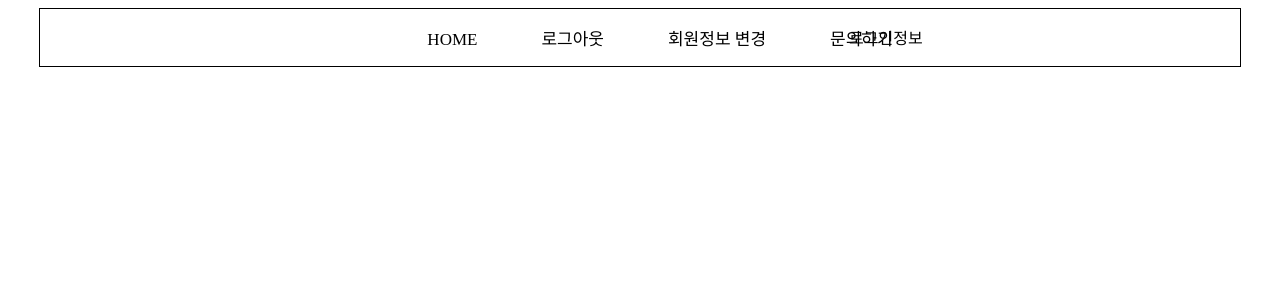
Repository: ceooyh/JSP
Page: http://localhost/memberProject/template/header2.jsp
An editor plug-in stored every save of this project. The page is shown before and after the next save, followed by the edit.
The browser window is 1280 px wide. The pictures show the whole page.
The page is served by Tomcat 9. Other server files are loaded and not shown.

Above is the page before, as saved 2020-12-30 07:51:30.

### memberProject/WebContent/template/header2.jsp
<%@ page language="java" contentType="text/html; charset=UTF-8"
    pageEncoding="UTF-8"%>
<style>
	nav {
		width:1200px;
		margin:0 auto;/* 가운데 정렬  */
		border:1px solid black;
		text-align: center;
	}
	ul{
		list-style-type: none;
		height: auto;
		display: inline-block;
		position: relative;
	}
	li{
		display: inline-block;
	}
	#menu_bar a:link,#menu_bar a:visited {
		color:black;
		text-decoration: none;
		font-size: 17px;
		text-align: center;
		padding: 20px 30px;
	}
	ul>li:last-child {
		position: absolute;
		right: 0px;
	}
</style>
<nav id="menu_bar">
	<ul>
		<li><a href="main.jsp">HOME</a></li>
		<li><a href="logout.jsp">로그아웃</a></li>
		<li><a href="#">회원정보 변경</a></li>
		<li><a href="#">문의하기</a></li>
		<li>로그인정보</li>
	</ul>
</nav>

After the next save:
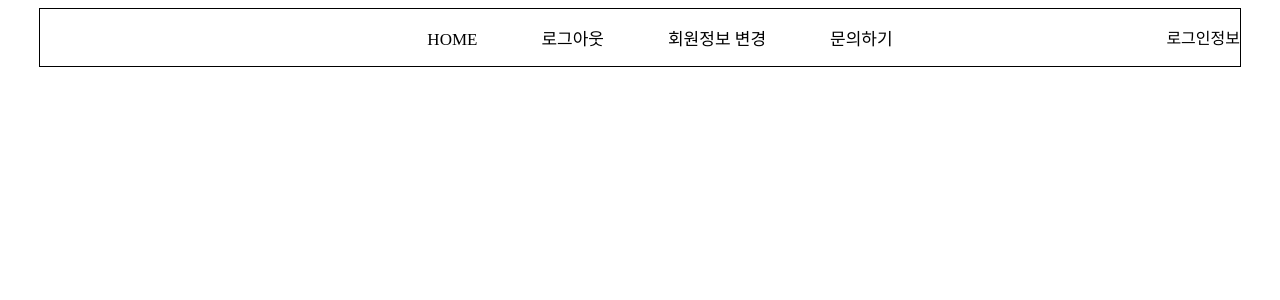
Saved 13 s later.
--- a/memberProject/WebContent/template/header2.jsp
+++ b/memberProject/WebContent/template/header2.jsp
@@ -6,12 +6,12 @@
 		margin:0 auto;/* 가운데 정렬  */
 		border:1px solid black;
 		text-align: center;
+		position: relative;
 	}
 	ul{
 		list-style-type: none;
 		height: auto;
 		display: inline-block;
-		position: relative;
 	}
 	li{
 		display: inline-block;
